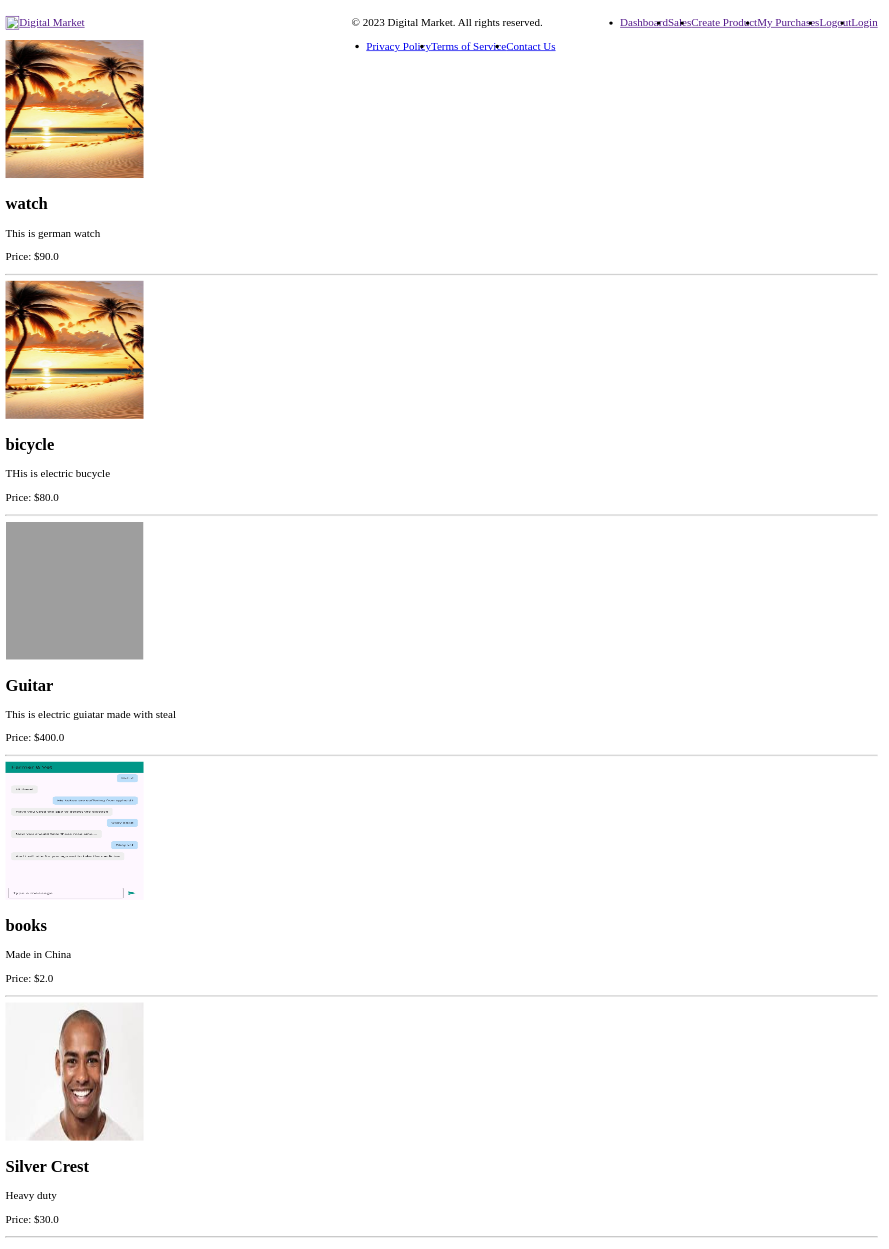
Repository: Zedestar/DigitalMarket_django
Page: http://localhost/
An editor plug-in stored every save of this project. The page is shown before and after the next save, followed by the edit.
The browser window is 1280 px wide. The page is 1288 px wide, then 1280 px, so the pictures cover 1288 px, including what lies to the right of the window. The pictures show the whole page, at 69% of full size.
Pictures or frames that could not be fetched are drawn as grey boxes. The page is served by the project's application, run on Django 5.2 (manage.py). Style sheets and scripts are compiled from the project's sources, by tool versions that may differ from the author's. The page reads the database file committed with the project.

Above is the page before, as saved 2025-03-19 18:07:10.

After the next save:
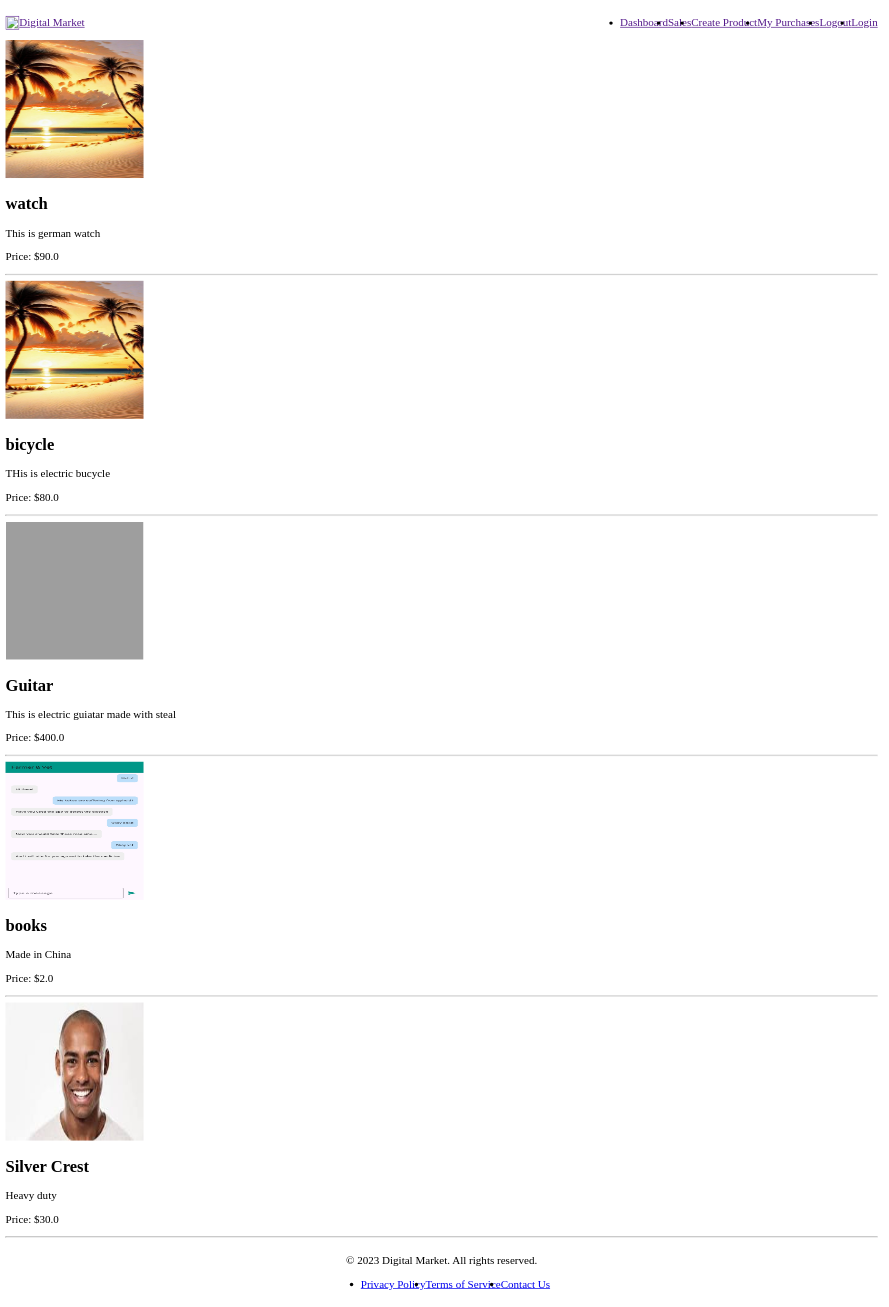
Saved 5 min 29 s later.
--- a/templates/partials/footer.html
+++ b/templates/partials/footer.html
@@ -1,4 +1,4 @@
-<footer class="bg-gray-200 text-black py-1 shadow-lg absolute bottom-0 w-full">
+<footer class="bg-gray-200 text-black py-1 shadow-lg bottom-0 w-full">
     <div class="container mx-auto text-center">
         <p>&copy; 2023 Digital Market. All rights reserved.</p>
         <ul class="flex justify-center">
